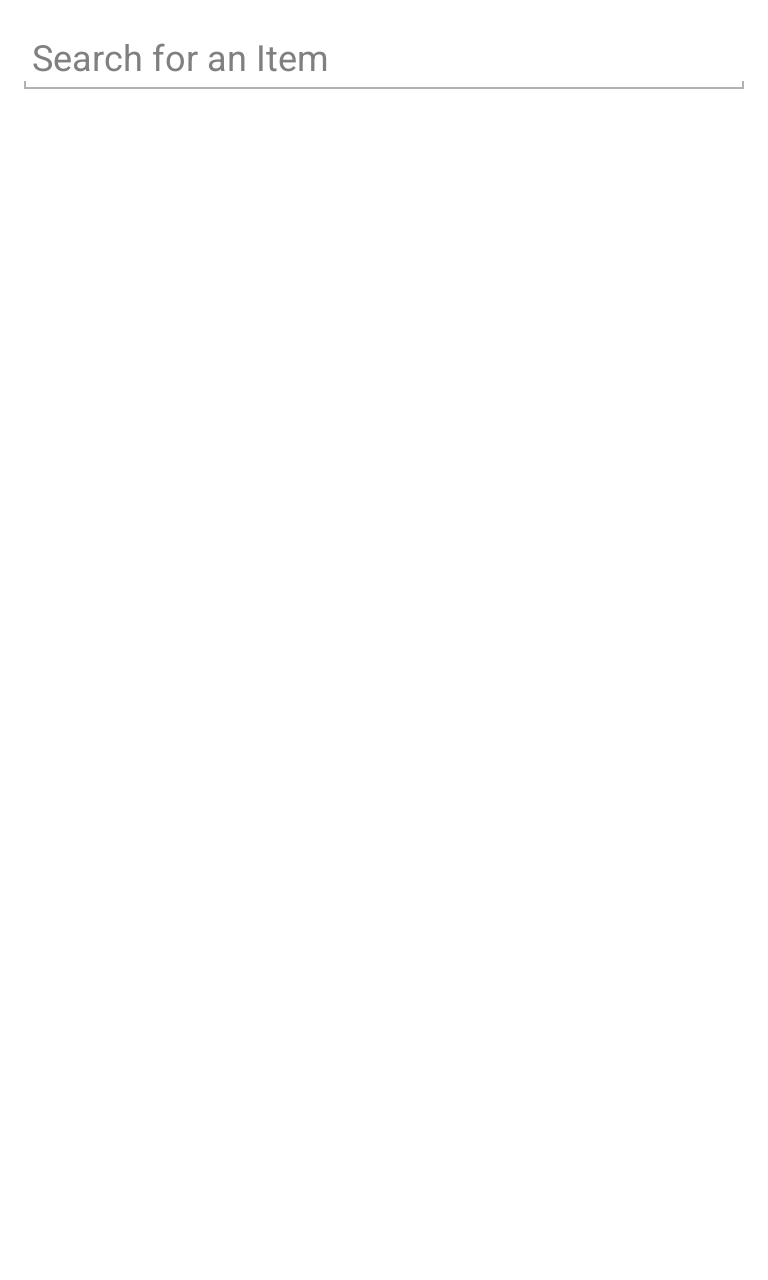
Repository: JieD/nutriy
Layout: NutriY/res/layout/fragment_add.xml
An editor plug-in stored every save of this project. The layout is shown before and after the next save, followed by the edit.
It is drawn on a 768 x 1280 px phone screen (xhdpi) without system bars, with theme AppTheme; the app's code is not run.

Above is the layout before, as saved 2014-05-15 21:17:14.

### NutriY/res/layout/fragment_add.xml
<?xml version="1.0" encoding="utf-8"?>
<LinearLayout xmlns:android="http://schemas.android.com/apk/res/android"
    android:layout_width="match_parent"
    android:layout_height="match_parent"
    android:orientation="vertical" >

    <LinearLayout
        android:layout_width="match_parent"
        android:layout_height="wrap_content"
        android:layout_margin="8dp">

        <EditText
		    android:id="@+id/search_item"
		    android:layout_height="wrap_content"
		    android:layout_weight="3"
		    android:padding="@dimen/medium_padding"
		    android:hint="@string/item_hint"
		    android:inputType="textAutoCorrect" />



    </LinearLayout>

</LinearLayout>

### NutriY/res/values/colors.xml
<?xml version="1.0" encoding="utf-8"?>
<resources>
    <color name="white">#FFFFFFFF</color>
    <color name="my_green">#FF00BE00</color>
    <color name="my_red">#FFFF0000</color>
    <color name="my_blue">#FF0078BE</color>

    <color name="light_blue">#FFE1EEFF</color>
    <color name="low_light_gray">#FFFAFAFA</color>
    <color name="mid_light_gray">#FFEEEEEE</color>
    <color name="text_gray">#FFAAAAAA</color>

    <color name="empty_pie_blue">#FF8FCEFF</color>
    <color name="pie_blue">#FF0078BE</color>
    <color name="pie_red">#FFFF4444</color>
    <color name="pie_green">#FF99CC00</color>

    <color name="list_background">#FFEEEEEE</color>
    <color name="list_background_pressed">#FF0078BE</color>
</resources>

### NutriY/res/values/dimens.xml
<resources>

    <!-- Default screen margins, per the Android Design guidelines. -->
    <dimen name="activity_horizontal_margin">16dp</dimen>
    <dimen name="activity_vertical_margin">16dp</dimen>
    <dimen name="small_horizontal_margin">8dp</dimen>
    <dimen name="small_vertical_margin">8dp</dimen>

    <dimen name="small_padding">5dp</dimen>
    <dimen name="medium_padding">8dp</dimen>
    <dimen name="large_padding">10dp</dimen>
    <dimen name="extra_large_padding">12dp</dimen>
    <dimen name="navigation_item_padding">20dp</dimen>

    <dimen name="extra_small_text_size">10sp</dimen>
    <dimen name="small_text_size">12sp</dimen>
    <dimen name="medium_text_size">15sp</dimen>
    <dimen name="medium_large_text_size">18sp</dimen>
    <dimen name="large_text_size">20sp</dimen>
    <dimen name="extra_large_text_size">40sp</dimen>

    <dimen name="large_entry_height">50dp</dimen>
    <dimen name="medium_large_entry_height">35dp</dimen>
    <dimen name="medium_entry_height">30dp</dimen>
    <dimen name="small_entry_height">25dp</dimen>
    <dimen name="table_entry_height">20dp</dimen>

</resources>

### NutriY/res/values/strings.xml
<?xml version="1.0" encoding="utf-8"?>
<resources>

    <string name="app_name">NutriY</string>
    <string name="action_settings">Settings</string>

    <string name="date">Today</string>
    <string name="calories_remaining_number">1200</string>
    <string name="calories_remaining">CALORIES REMAINING</string>
    <string name="add_to_diary">Add to Diary</string>
    <string name="goal_calorie_number">1200</string>
    <string name="food_calorie_number">+ 0</string>
    <string name="exercise_calorie_number">- 0</string>
    <string name="net_calorie_number">0</string>
    <string name="uc_goal">GOAL</string>
    <string name="uc_food">FOOD</string>
    <string name="uc_exercise">EXERCISE</string>
    <string name="uc_net">NET</string>
    <string name="goal">Goal</string>
    <string name="total">Total</string>
    <string name="left">Left</string>
    <string name="daily_summary">DAILY SUMMARY</string>
    <string name="total_fat">Total Fat (g)</string>
    <string name="saturated_fat">Saturated (g)</string>
    <string name="trans_fat">Trans (g)</string>
    <string name="cholesterol">Cholesterol (mg)</string>
    <string name="sodium">Sodium (mg)</string>
    <string name="potassium">Potassium (mg)</string>
    <string name="total_carbs">Total Carbs (g)</string>
    <string name="fiber">Dietary Fiber (g)</string>
    <string name="sugar">Sugars (g)</string>
    <string name="protein">Protein (g)</string>
    <string name="vit_A">Vitamin A</string>
    <string name="vit_C">Vitamin C</string>
    <string name="calcium">Calcium</string>
    <string name="iron">Iron</string>
    <string name="default_number">0</string>

    <string name="meals">MEALS</string>
    <string name="water_upcase">WATER</string>
    <string name="notes">NOTES</string>
    <string name="breakfast">Breakfast</string>
    <string name="lunch">Lunch</string>
    <string name="dinner">Dinner</string>
    <string name="snacks">Snacks</string>
    <string name="cardiovascular">Cardiovascular</string>
    <string name="strength">Strength</string>
    <string name="water">Water</string>
    <string name="food_notes">Food Notes</string>
    <string name="exercise_notes">Exercise Notes</string>

    <!-- Add Entry List Headers -->
    <string-array name="add_entry_list_header_array">
        <item>MEALS</item>
        <item>EXERCISE</item>
        <item>WATER</item>
        <item>NOTES</item>
    </string-array>

    <!-- Add Entry List Meal Items -->
    <string-array name="meal_child_array">
        <item>Breakfast</item>
	    <item>Lunch</item>
	    <item>Dinner</item>
	    <item>Snacks</item>
    </string-array>

    <!-- Add Entry List Exercise Items -->
    <string-array name="exercise_child_array">
        <item>Cardiovascular</item>
	    <item>Strength</item>
    </string-array>

    <!-- Add Entry List Water Items -->
    <string-array name="water_child_array">
        <item>Water</item>
    </string-array>

    <!-- Add Entry List Note Items -->
    <string-array name="note_child_array">
        <item>Food Notes</item>
	    <item>Exercise Notes</item>
    </string-array>

    <!-- Nav Drawer Menu Items -->
    <string-array name="navigations_array">
        <item>Home</item>
        <item>Diary</item>
        <item>Nutrition</item>
        <item>Progress</item>
        <item>Goals</item>
        <item>Settings</item>
    </string-array>

    <!-- Nav Drawer List Item Icons -->
    <!-- Keep them in order as the titles are -->
    <array name="nav_drawer_icons">
        <item>@drawable/ic_menu_home</item>
        <item>@drawable/ic_action_collection</item>
        <item>@drawable/ic_action_data_usage</item>
        <item>@drawable/ic_action_picture</item>
        <item>@drawable/ic_action_good</item>
        <item>@drawable/ic_action_settings</item>
    </array>

    <!-- Content Description -->
    <string name="desc_list_item_icon">Item Icon</string>

    <string name="drawer_open">Slider Menu Opened</string>
    <string name="drawer_close">Slider Menu Closed</string>

    <string name="calorie_breakdown">CALORIE BREAKDOWN</string>
    <string name="Carbohydrates">Carbohydrates</string>
    <string name="Fat">Fat</string>
    <string name="Protein">Protein</string>
    <string name="carbs_goal">50 %</string>
    <string name="fat_goal">30 %</string>
    <string name="protein_goal">20 %</string>

	<string name="item_hint">Search for an Item</string>
</resources>

Loaded but not shown: NutriY/res/values/styles.xml (common file); NutriY/res/values-v11/styles.xml (common file); NutriY/res/values-v14/styles.xml (common file)

After the next save:
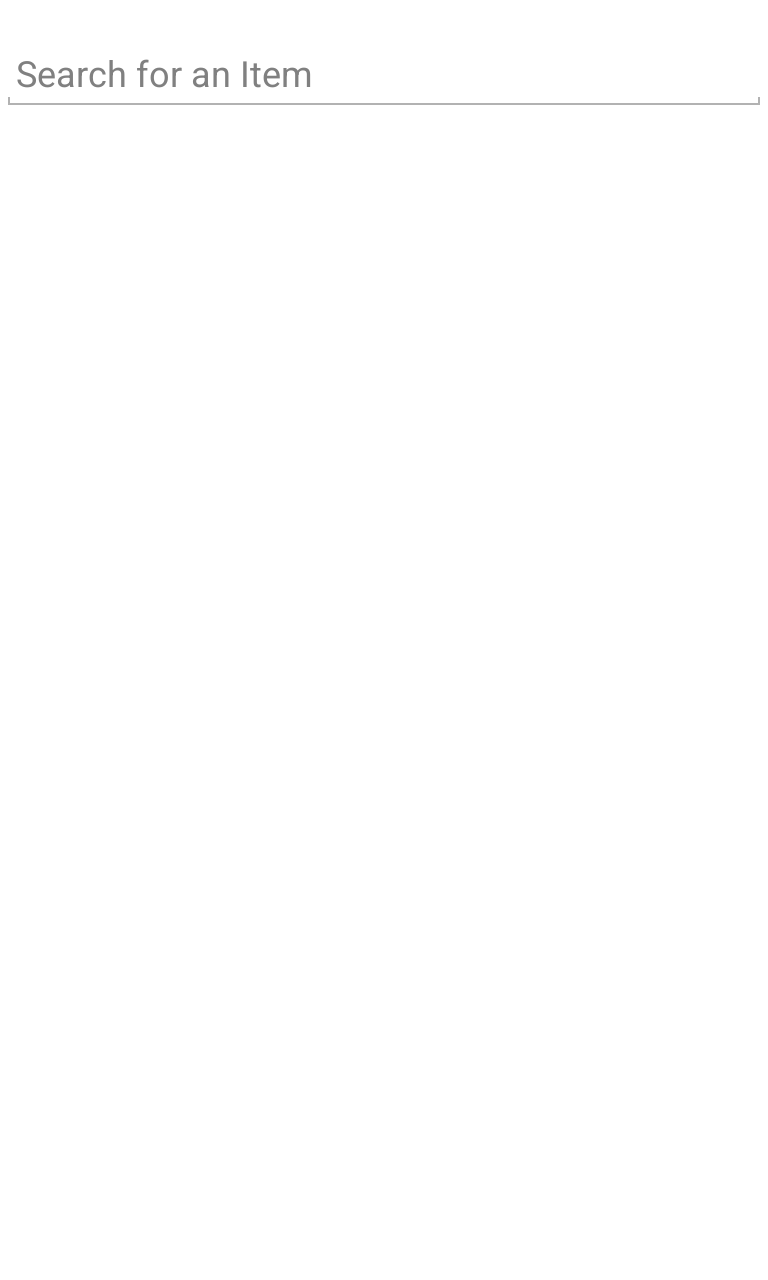
Saved 88 s later.
--- a/NutriY/res/layout/fragment_add.xml
+++ b/NutriY/res/layout/fragment_add.xml
@@ -7,7 +7,7 @@
     <LinearLayout
         android:layout_width="match_parent"
         android:layout_height="wrap_content"
-        android:layout_margin="8dp">
+        android:layout_marginTop="@dimen/activity_vertical_margin">
 
         <EditText
 		    android:id="@+id/search_item"
